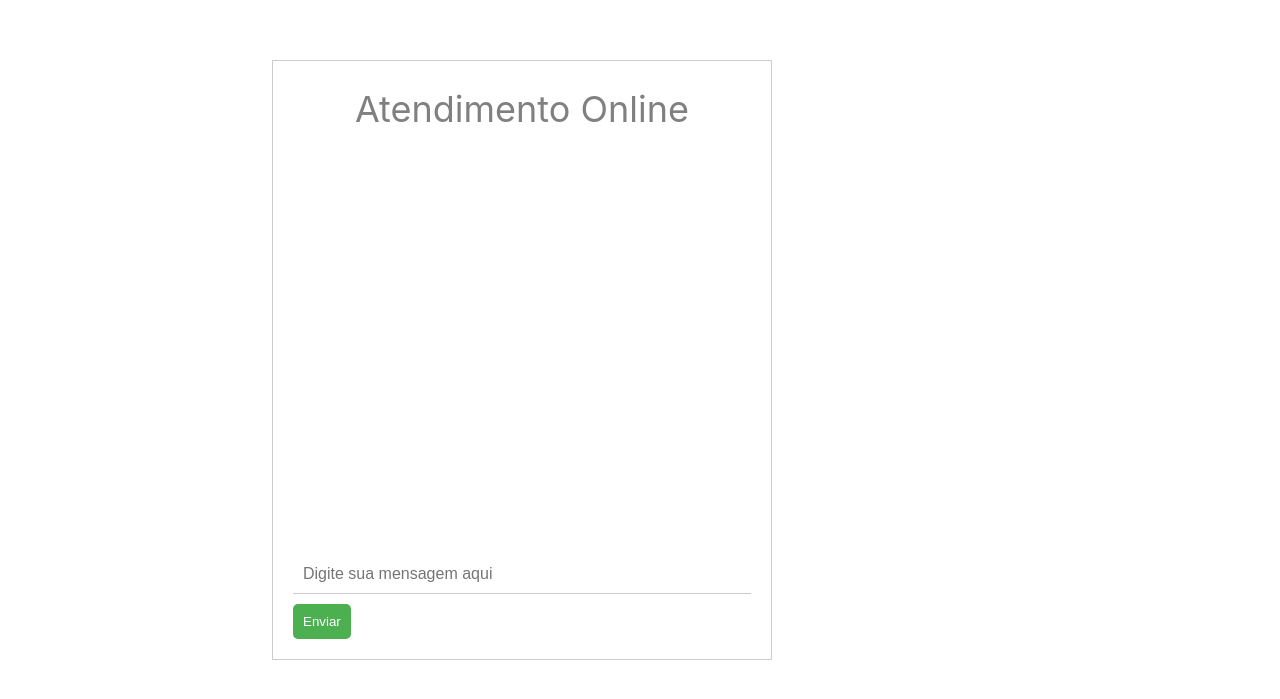
Repository: GabrielGuinzani/vueChat
Page: /
An editor plug-in stored every save of this project. The page is shown before and after the next save, followed by the edit.
The browser window is 1280 px wide. The pictures show the whole page.
Some web libraries are served in a nearby version. The project was rebuilt for these pictures with package versions that can differ from the ones it lists, and the page was loaded fresh each time. Also part of the build but not shown: vite.config.js.

Above is the page before, as saved 2023-04-18 21:09:54.

### index.html
<!-- <!DOCTYPE html>
<html lang="en">
  <head>
    <meta charset="UTF-8">
    <link rel="icon" href="/favicon.ico">
    <meta name="viewport" content="width=device-width, initial-scale=1.0">
    <title>Vite App</title>
  </head>
  <body>
    <div id="app"></div>
    <script type="module" src="/src/main.js"></script>
  </body>
</html> -->


<!-- <!DOCTYPE html>
<html lang="PT-BR">
<head>
  <meta charset="UTF-8">
  <title>Vue Chat App</title>
  <script src="https://unpkg.com/vue@3.2.6/dist/vue.global.js"></script>
</head>
<body>
  <div id="app">
    <chat></chat>
  </div>

  <script type="module" src="/src/main.js"></script>
</body>
</html> -->
<!DOCTYPE html>
<html lang="en">
<head>
  <meta charset="UTF-8">
  <title>Vue Chat App</title>
  <style>
    body {
      display: flex;
      justify-content: center;
      align-items: center;
      height: 100vh;
    }
    #app {
      width: 800px;
      height: 600px;
    }
  </style>
  <script src="https://unpkg.com/vue@3.2.6/dist/vue.global.js"></script>
</head>
<body>
  <div id="app">
    <chat></chat>
  </div>

  <script type="module" src="/src/main.js"></script>
</body>
</html>

### src/App.vue
<!-- <script setup>
import HelloWorld from './components/HelloWorld.vue'
import TheWelcome from './components/TheWelcome.vue'
</script>

<template>
  <header>
    <img alt="Vue logo" class="logo" src="./assets/logo.svg" width="125" height="125" />

    <div class="wrapper">
      <HelloWorld msg="You did it!" />
    </div>
  </header>

  <main>
    <TheWelcome />
  </main>
</template>

<style scoped>
header {
  line-height: 1.5;
}

.logo {
  display: block;
  margin: 0 auto 2rem;
}

@media (min-width: 1024px) {
  header {
    display: flex;
    place-items: center;
    padding-right: calc(var(--section-gap) / 2);
  }

  .logo {
    margin: 0 2rem 0 0;
  }

  header .wrapper {
    display: flex;
    place-items: flex-start;
    flex-wrap: wrap;
  }
}
</style> -->


<template>
  <div id="chat-screen">
    <div class="titulo">
      <h2>Atendimento Online</h2>
    </div>
    <div class="messages-list" ref="messagesList">
      <div v-for="(message, index) in messages" :key="index" :class="[message.type === 'user' ? 'message-item2' : 'message-item']">
        <div class="msg-user" v-if="message.type === 'user'"><strong>{{ message.author }} diz:</strong></div>
        <div class="msg-chat">{{ message.text }}</div>
      </div>
    </div>
    <form id="form-chat-send" @submit.prevent="sendMessage">
      <input id="message" type="text" class="typebar" v-model="messageText" placeholder="Digite sua mensagem aqui">
      <button type="submit" class="botao">Enviar</button>
    </form>
  </div>
</template>

<script>
export default {
  data() {
    return {
      messages: [],
      messageText: ''
    }
  },
  methods: {
    sendMessage() {
      const messageText = this.messageText.trim();
      if (messageText !== '') {
        this.messages.push({
          type: 'user',
          author: 'Você',
          text: messageText
        });
        this.messageText = '';
        this.$nextTick(() => {
          this.scrollToBottom();
        });
      }
    },
    scrollToBottom() {
      this.$refs.messagesList.scrollTop = this.$refs.messagesList.scrollHeight;
    }
  }
}
</script>

<style>
#chat-screen {
  width: 500px;
  height: 600px;
  margin: 0 auto;
  border: 1px solid #ccc;
  background-color: #fff;
  padding: 20px;
  display: flex;
  flex-direction: column;
}

.titulo {
  text-align: center;
  font-size: 24px;
  margin-bottom: 20px;
  color: gray;
}

.messages-list {
  flex: 1;
  overflow-y: auto;
}

.message-item {
  background-color: #f2f2f2;
  border-radius: 5px;
  padding: 10px;
  margin-bottom: 10px;
  color: gray;
}

.message-item2 {
  background-color: #e6f7ff;
  border-radius: 5px;
  padding: 10px;
  margin-bottom: 10px;
  color: gray;
}

.msg-user {
  margin-bottom: 5px;
  color: gray;
}

.msg-chat {
  color: gray;
}

.typebar {
  width: 100%;
  padding: 10px;
  border: none;
  border-bottom: 1px solid #ccc;
  margin-right: 10px;
  font-size: 16px;
  color: gray;
}

.botao {
  background-color: #4CAF50;
  color: #fff;
  border: none;
  border-radius: 5px;
  padding: 10px;
  margin-top: 10px;
  cursor: pointer;
}
</style>

Loaded but not shown: src/main.js (common file); src/assets/main.css (common file); src/assets/base.css (common file)

After the next save:
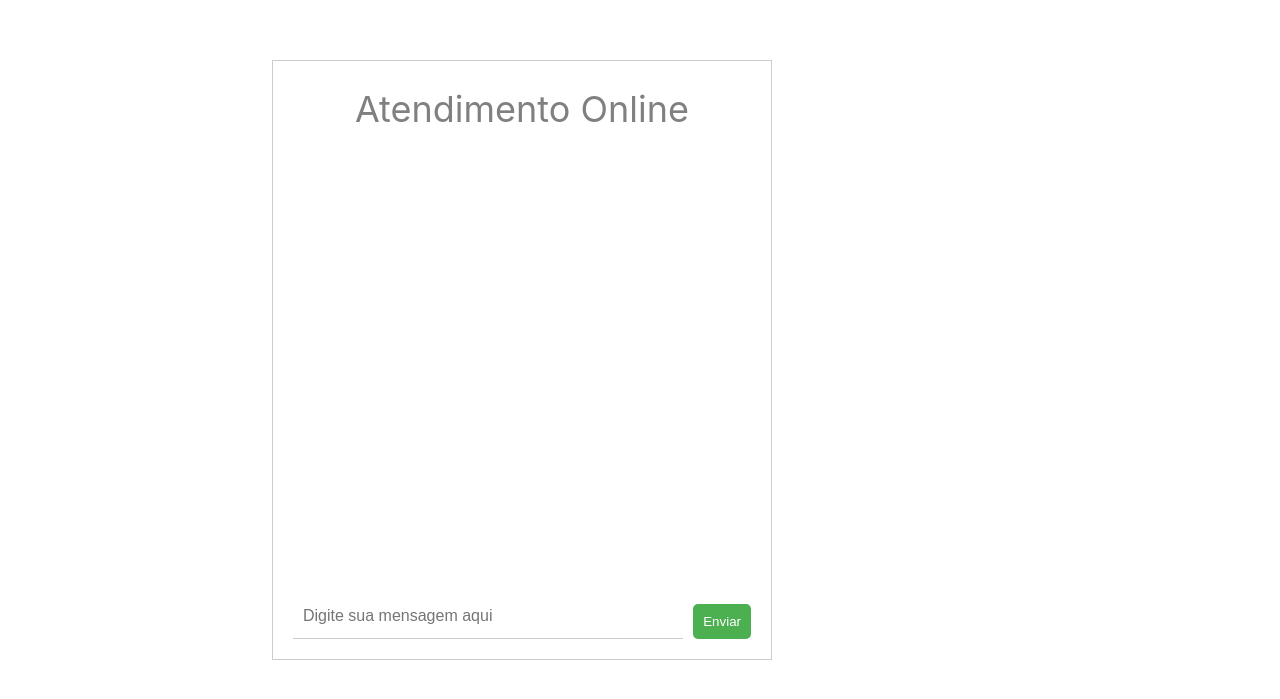
Saved 32 s later.
--- a/src/App.vue
+++ b/src/App.vue
@@ -163,4 +163,16 @@ export default {
   margin-top: 10px;
   cursor: pointer;
 }
+
+
+  .botao:hover {
+    background-color: #0061a7;
+    cursor: pointer;
+  }
+
+  #form-chat-send {
+    display: flex;
+    justify-content: center;
+    margin-top: 20px;
+  }
 </style>
